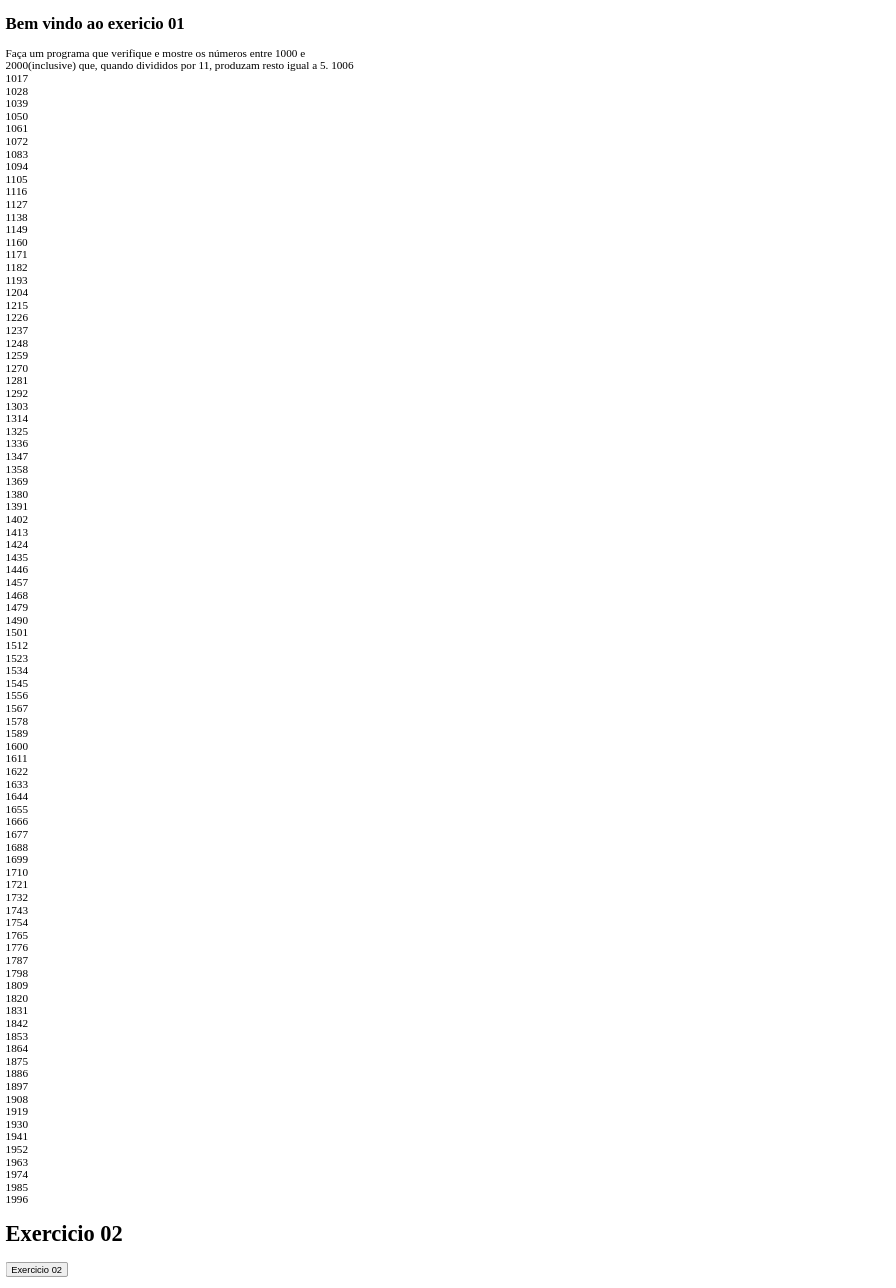
Repository: Fabio2000/Faculdade-Projetos
Page: http://localhost/exercicios/Index.jsp
The author's editor kept a copy of each file at every save. The page is drawn from the files as they stood at one save, then again after the next save.
The browser window is 1280 px wide. The pictures show the whole page, at 70% of full size.
The page is served by Tomcat 9. Other server files are loaded and not shown.

Above is the page before, as saved 2022-09-11 02:23:35.

### exercicios/src/main/webapp/Index.jsp
<%@ page language="java" contentType="text/html; charset=ISO-8859-1"
    pageEncoding="ISO-8859-1"%>
<!DOCTYPE html>
<html>
<head>
<meta charset="ISO-8859-1">
<title>Exericio1</title>
</head>
<body>
<div >
<h2><%String mensage = "Bem vindo ao exericio 01";
	out.println(mensage);
	%></h2>
	<p>
	Faça um programa que verifique e mostre os números entre 1000 e<br/>2000(inclusive) que, quando divididos por 11, produzam resto igual a 5.
	<%
	for(int i=1000;i<2000;i++) {
	    if (i%11==5)
	    {

	    	out.println(i + "<br />");

	    }
	}

	%></p>
</div>
<div>
<h1>Exercicio 02</h1>
<p>
<button action="">Exercicio 02</button>
</p>
</div>
</body>
</html>

After the next save:
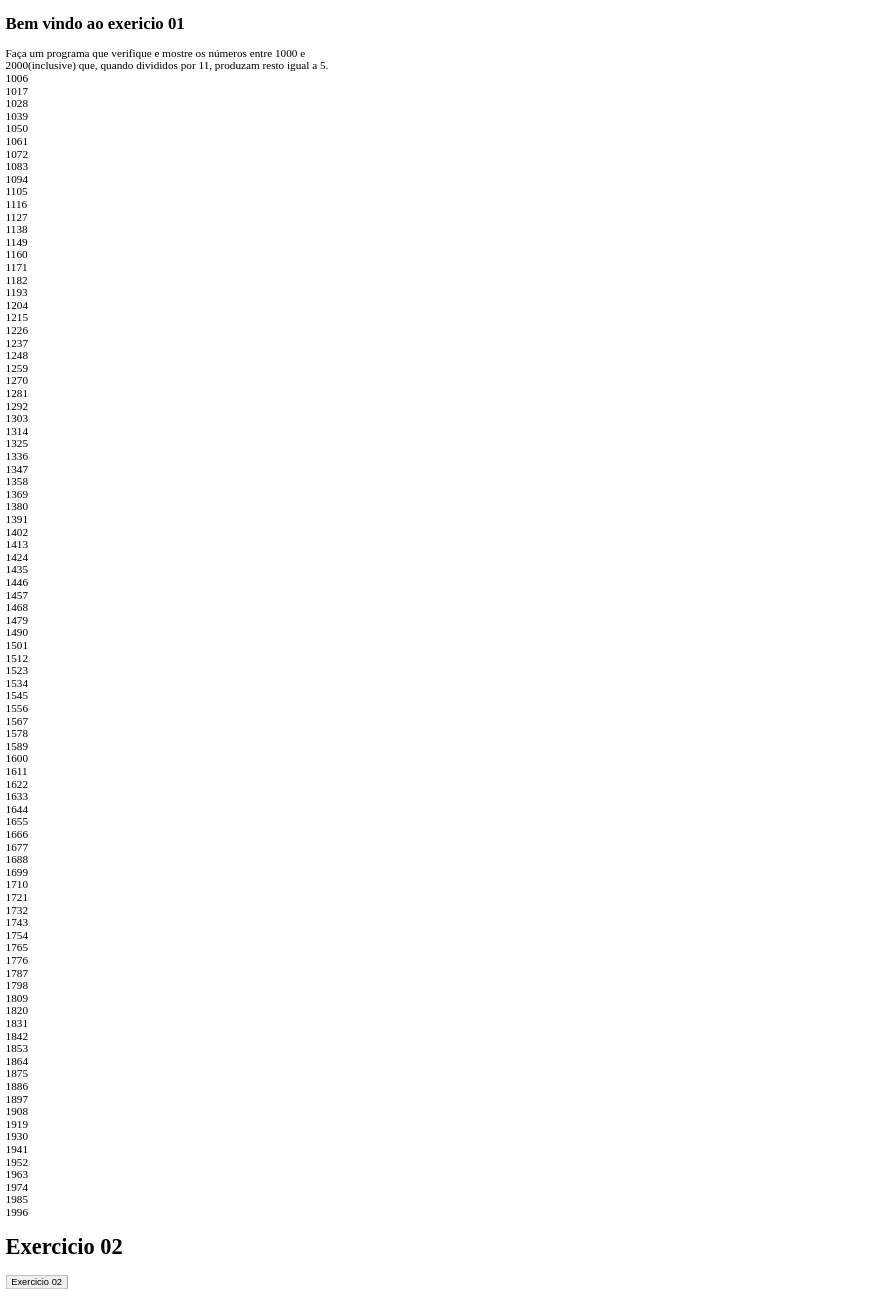
Saved 9 s later.
--- a/exercicios/src/main/webapp/Index.jsp
+++ b/exercicios/src/main/webapp/Index.jsp
@@ -12,7 +12,7 @@
 	out.println(mensage);
 	%></h2>
 	<p>
-	Faça um programa que verifique e mostre os números entre 1000 e<br/>2000(inclusive) que, quando divididos por 11, produzam resto igual a 5.
+	Faça um programa que verifique e mostre os números entre 1000 e<br/>2000(inclusive) que, quando divididos por 11, produzam resto igual a 5.<br/>
 	<%
 	for(int i=1000;i<2000;i++) {
 	    if (i%11==5)
